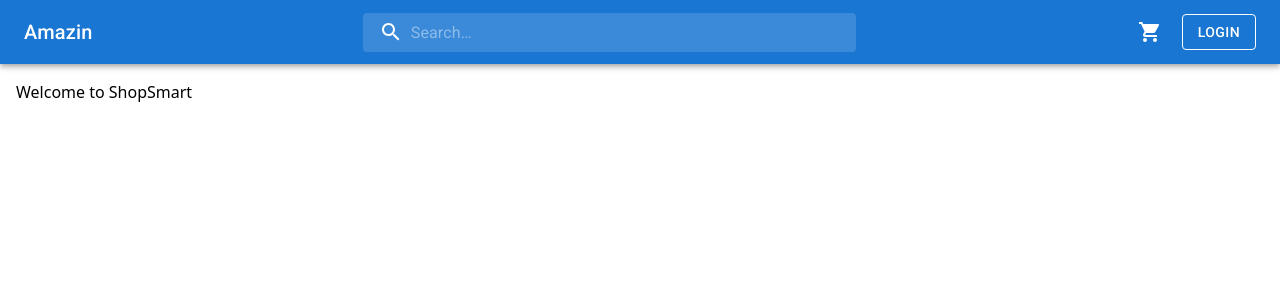
Repository: Yeshwanth-189/a-i-r
Page: / (app in client/)
The author's editor kept a copy of each file at every save. The page is drawn from the files as they stood at one save, then again after the next save.
The browser window is 1280 px wide. The pictures show the whole page.
The project was rebuilt for these pictures with package versions that can differ from the ones it lists, and the page was loaded fresh each time. Also part of the build but not shown: client/vite.config.js, client/src/App.css.

Above is the page before, as saved 2025-04-12 12:36:04.

After the next save:
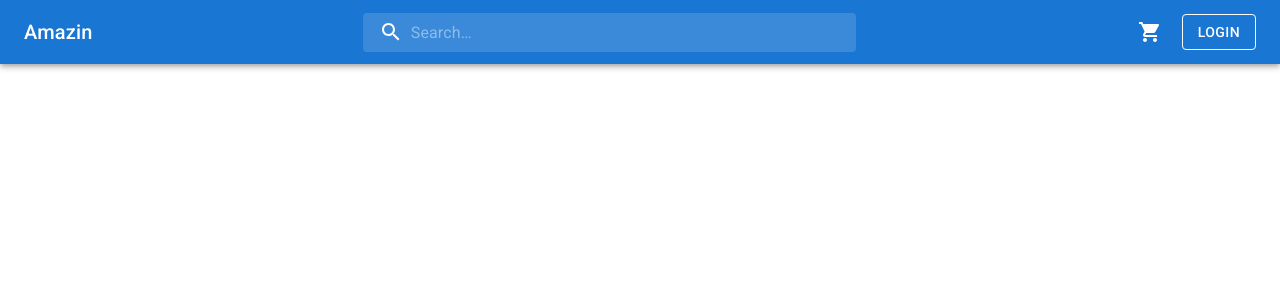
Saved 40 s later.
--- a/client/src/App.jsx
+++ b/client/src/App.jsx
@@ -6,8 +6,7 @@ function App() {
     <>
       <div className="min-h-screen">
         <Navbar />
-        {/* Other pages will go below */}
-        <div className="p-4">Welcome to ShopSmart</div>
+        <div className="p-4"></div>
       </div>
     </>
   );
